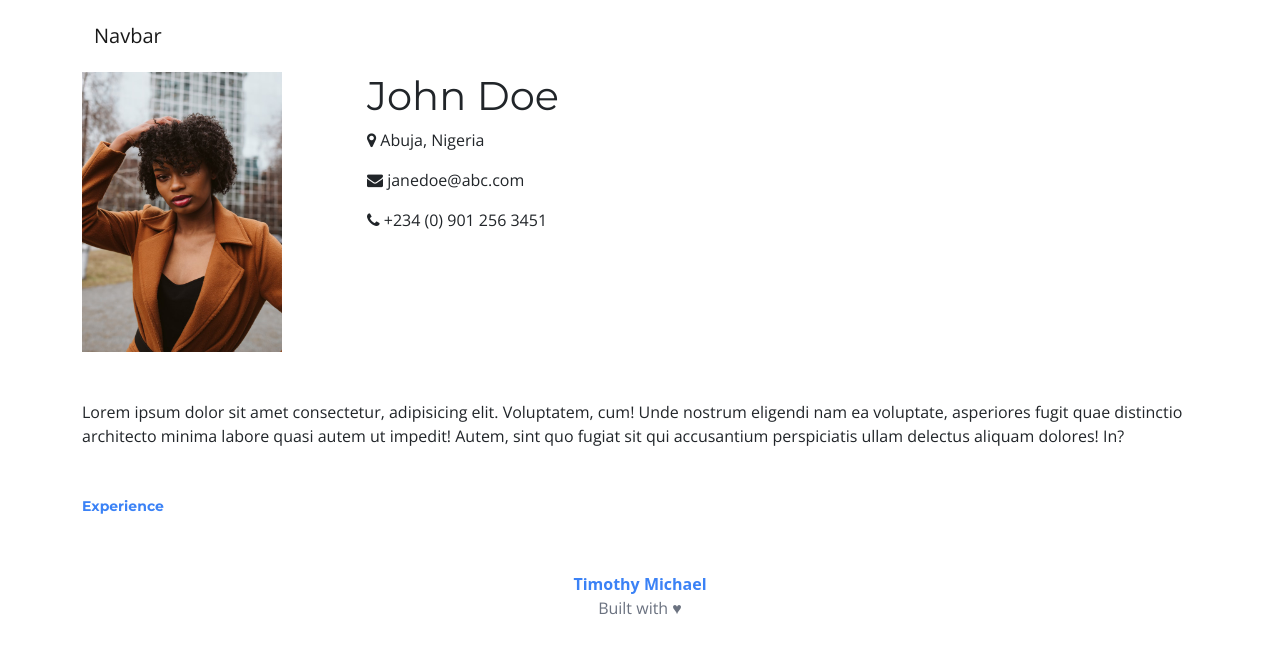
Repository: latenightsnacc/giggles
Page: HTML/CV.html
The author's editor kept a copy of each file at every save. The page is drawn from the files as they stood at one save, then again after the next save.
The browser window is 1280 px wide. The pictures show the whole page.
Some web libraries are served in a nearby version.

Above is the page before, as saved 2021-01-04 15:16:07.

After the next save:
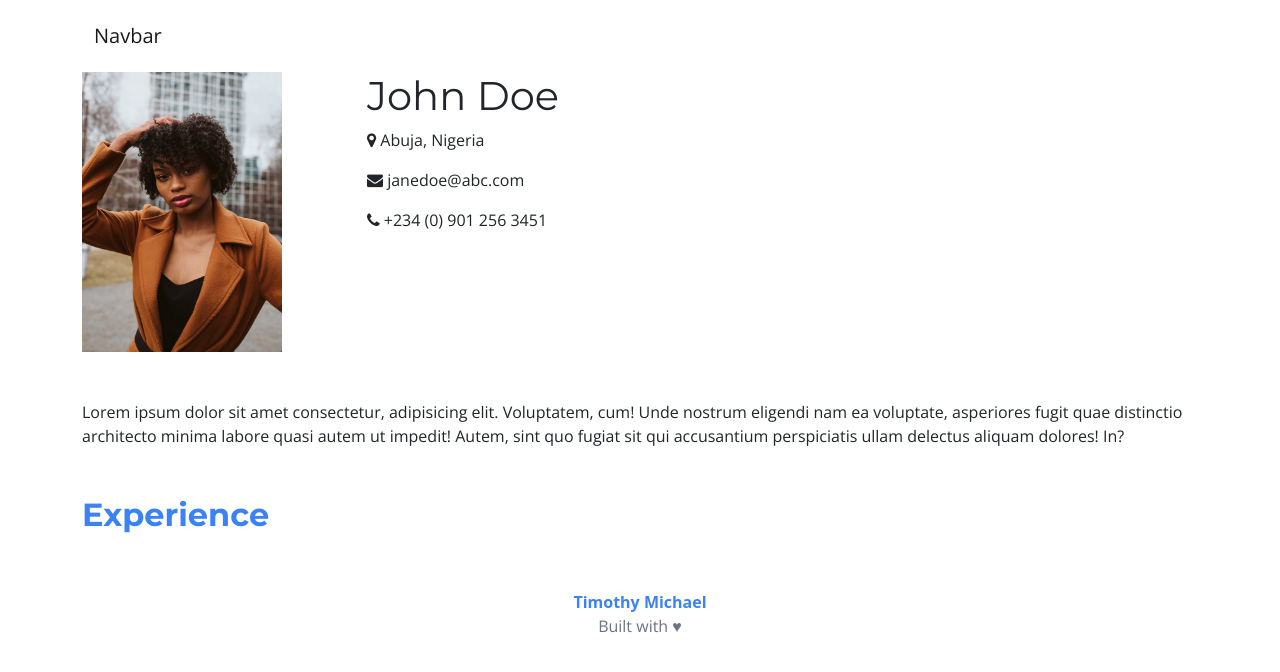
Saved 4 s later.
--- a/HTML/CV.html
+++ b/HTML/CV.html
@@ -60,7 +60,7 @@
         <div class="container my-5">
             <div class="row">
                 <div class="col-xs-12 col-sm-12 col-md-12 col-lg-6 col-xl-6">
-                    <h2 class="text-blue-500 font-semibold text-sm">Experience</h2>
+                    <h2 class="text-blue-500 font-semibold text-md">Experience</h2>
                 </div>
                 <div class="col-xs-12 col-sm-12 col-md-12 col-lg-6 col-xl-6"></div>
             </div>
